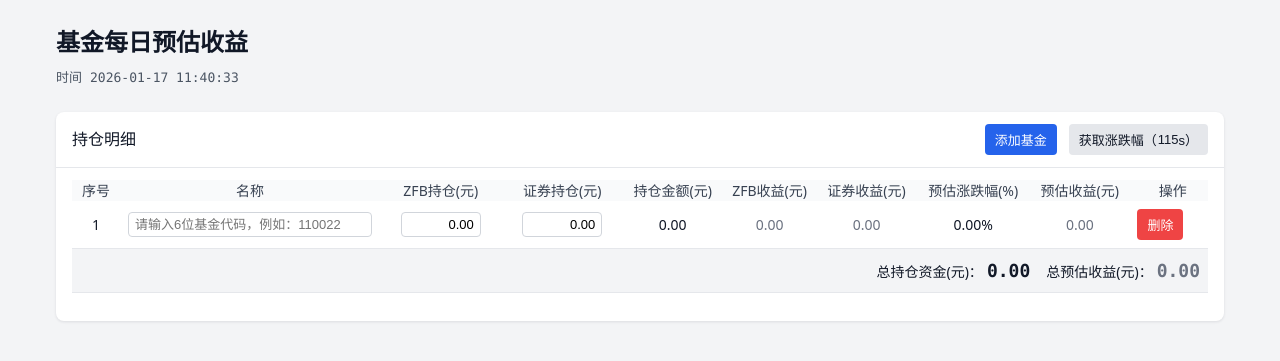
Repository: zt-boom/finance
Page: index.html
These files come from the project's save history. The page is drawn as it stood at one moment and after the next save; the edit follows.
The browser window is 1280 px wide. The pictures show the whole page.

Above is the page before, as saved 2026-01-17 15:00:36.

### index.html
<!DOCTYPE html>
<html lang="zh-CN">
<head>
<meta charset="UTF-8">
<title>基金每日预估收益</title>
<meta name="viewport" content="width=device-width,initial-scale=1">
<link rel="stylesheet" href="./style.css">
</head>
<body>
<div class="app">
<header class="app-header">
<h1>基金每日预估收益</h1>
<div class="date-row">
<span>时间</span>
<span id="current-date"></span>
</div>
</header>
<main class="app-main">
<section class="card">
<div class="card-header">
<h2>持仓明细</h2>
<div class="card-header-actions">
<button id="add-fund-btn" class="primary-button">添加基金</button>
<button id="fetch-percent-btn" class="secondary-button">
获取涨跌幅（<span id="auto-refresh-countdown">120</span>s）
</button>
</div>
</div>
<div class="card-body">
<div class="table-wrapper">
<table class="fund-table">
<thead>
<tr>
<th class="index-col">序号</th>
<th>名称</th>
<th>ZFB持仓(元)</th>
<th>证券持仓(元)</th>
<th>持仓金额(元)</th>
<th>ZFB收益(元)</th>
<th>证券收益(元)</th>
<th>预估涨跌幅(%)</th>
<th>预估收益(元)</th>
<th>操作</th>
</tr>
</thead>
<tbody id="fund-table-body"></tbody>
<tfoot>
<tr class="summary-row">
<td colspan="10">
<div class="summary-items">
<div class="summary-left">
<span>总持仓资金(元)：<strong id="total-amount">0.00</strong></span>
<span>总预估收益(元)：<strong id="total-profit">0.00</strong></span>
</div>
</div>
</td>
</tr>
</tfoot>
</table>
</div>
</div>
</section>
</main>
</div>
<script src="./main.js"></script>
</body>
</html>

### style.css
* {
box-sizing: border-box;
margin: 0;
padding: 0;
}

body {
font-family: system-ui, -apple-system, BlinkMacSystemFont, "Segoe UI", sans-serif;
background-color: #f3f4f6;
color: #111827;
line-height: 1.5;
}

.app {
max-width: 1200px;
margin: 0 auto;
padding: 24px 16px 40px;
}

.app-header {
display: flex;
flex-direction: column;
gap: 8px;
margin-bottom: 24px;
}

.app-header h1 {
font-size: 24px;
font-weight: 600;
color: #111827;
}

.date-row {
display: flex;
gap: 8px;
align-items: center;
font-size: 13px;
color: #4b5563;
}

.date-row span:last-child {
font-family: ui-monospace, SFMono-Regular, Menlo, Monaco, Consolas, "Liberation Mono", "Courier New", monospace;
font-variant-numeric: tabular-nums;
}

.app-main {
display: flex;
flex-direction: column;
gap: 16px;
}

.card {
background-color: #ffffff;
border-radius: 8px;
box-shadow: 0 1px 3px rgba(15, 23, 42, 0.1);
overflow: hidden;
}

.card-header {
display: flex;
justify-content: space-between;
align-items: center;
padding: 12px 16px;
border-bottom: 1px solid #e5e7eb;
}

.card-header h2 {
font-size: 16px;
font-weight: 500;
}

.card-header-actions {
display: flex;
align-items: center;
gap: 12px;
}

.card-body {
padding: 12px 16px 16px;
}

.table-wrapper {
overflow-x: auto;
margin-bottom: 12px;
}

.fund-table {
width: 100%;
border-collapse: collapse;
font-size: 14px;
}

.fund-table td {
border-bottom: 1px solid #e5e7eb;
padding: 8px;
text-align: left;
}

.fund-table th.index-col,
.fund-table td[data-role="row-index"] {
width: 48px;
text-align: center;
}

.fund-table td:nth-child(3),
.fund-table td:nth-child(4),
.fund-table td:nth-child(5),
.fund-table td:nth-child(6),
.fund-table td:nth-child(7),
.fund-table td:nth-child(8),
.fund-table td:nth-child(9) {
text-align: center;
white-space: nowrap;
}

.fund-table thead {
background-color: #f9fafb;
}

.fund-table th {
font-weight: 500;
color: #374151;
text-align: center;
}

.fund-table tbody tr:nth-child(even) {
background-color: #f9fafb;
}

.fund-table input {
width: 100%;
padding: 4px 6px;
font-size: 13px;
border-radius: 4px;
border: 1px solid #d1d5db;
outline: none;
text-align: right;
}

.fund-table input.narrow-number-input {
width: 80px;
margin: 0 auto;
}

.fund-table td:nth-child(2) input {
text-align: left;
}

.fund-table th:nth-child(2),
.fund-table td:nth-child(2) {
width: 260px;
}

.fund-table th:nth-child(10),
.fund-table td:nth-child(10) {
padding-left: 8px;
}

.fund-table input[type="number"]::-webkit-outer-spin-button,
.fund-table input[type="number"]::-webkit-inner-spin-button {
-webkit-appearance: none;
margin: 0;
}

.fund-table input[type="number"] {
-moz-appearance: textfield;
}

.fund-table input:focus {
border-color: #2563eb;
box-shadow: 0 0 0 1px rgba(37, 99, 235, 0.2);
}

.value-positive {
color: #ef4444;
}

.value-negative {
color: #10b981;
}

.value-zero {
color: #6b7280;
}

.summary-row td {
font-weight: 600;
color: #111827;
background-color: #f3f4f6;
}

.summary-items {
display: flex;
flex-wrap: wrap;
gap: 4px 16px;
justify-content: flex-end;
align-items: center;
}

#auto-refresh-countdown {
display: inline-block;
width: 3ch;
text-align: right;
}

.summary-items span {
font-weight: 500;
white-space: nowrap;
}

.summary-left {
display: flex;
flex-wrap: wrap;
gap: 4px 16px;
align-items: center;
}

.summary-items span strong {
font-size: 18px;
margin-left: 4px;
font-family: ui-monospace, SFMono-Regular, Menlo, Monaco, Consolas, "Liberation Mono", "Courier New", monospace;
}

#total-amount {
color: #111827;
}

.primary-button,
.secondary-button,
.danger-button {
border-radius: 4px;
border: none;
cursor: pointer;
font-size: 13px;
padding: 6px 10px;
display: inline-flex;
align-items: center;
justify-content: center;
}

.primary-button {
background-color: #2563eb;
color: #ffffff;
}

.primary-button:hover {
background-color: #1d4ed8;
}

.secondary-button {
background-color: #e5e7eb;
color: #111827;
}

.secondary-button:hover {
background-color: #d1d5db;
}

.danger-button {
background-color: #ef4444;
color: #ffffff;
}

.danger-button:hover {
background-color: #dc2626;
}

.actions-row {
display: none;
}

.instructions {
font-size: 13px;
color: #4b5563;
}

.instructions ol {
padding-left: 18px;
display: flex;
flex-direction: column;
gap: 4px;
}

@media (max-width: 640px) {
.app {
padding-inline: 12px;
}
.card-header {
flex-direction: column;
gap: 8px;
align-items: flex-start;
}
}

### main.js
const STORAGE_KEY = "fund_holdings_v1";

function formatCurrency(value) {
if (Number.isNaN(value)) return "0.00";
return value.toFixed(2);
}

function formatNumber(value) {
if (Number.isNaN(value)) return "";
return value.toFixed(2);
}

function getTodayDateString() {
const now = new Date();
const year = String(now.getFullYear());
const month = String(now.getMonth() + 1).padStart(2, "0");
const day = String(now.getDate()).padStart(2, "0");
const hours = String(now.getHours()).padStart(2, "0");
const minutes = String(now.getMinutes()).padStart(2, "0");
const seconds = String(now.getSeconds()).padStart(2, "0");
return `${year}-${month}-${day} ${hours}:${minutes}:${seconds}`;
}

const fundJsonpRequests = [];

function ensureJsonpHandler() {
if (window._fundJsonpInitialized) {
return;
}
window._fundJsonpInitialized = true;
window.jsonpgz = function (data) {
if (!data || !data.fundcode) {
return;
}
const code = data.fundcode;
while (true) {
let index = -1;
for (let i = 0; i < fundJsonpRequests.length; i += 1) {
if (fundJsonpRequests[i].code === code) {
index = i;
break;
}
}
if (index === -1) {
break;
}
const request = fundJsonpRequests.splice(index, 1)[0];
try {
const value = request.transform ? request.transform(data) : data;
request.resolve(value);
} catch (e) {
if (request.reject) {
if (e instanceof Error) {
request.reject(e);
} else {
request.reject(new Error("解析基金数据失败"));
}
}
}
}
};
}

function fetchFundEstimate(code) {
return new Promise((resolve, reject) => {
if (!code) {
reject(new Error("缺少基金代码"));
return;
}
ensureJsonpHandler();
fundJsonpRequests.push({
code,
resolve,
reject,
transform: data => {
const percent = parseFloat(data.gszzl);
if (Number.isNaN(percent)) {
throw new Error("无效的涨跌幅数据");
}
return percent;
}
});
const script = document.createElement("script");
script.src = `https://fundgz.1234567.com.cn/js/${code}.js?rt=${Date.now()}`;
script.onerror = () => {
for (let i = 0; i < fundJsonpRequests.length; i += 1) {
if (fundJsonpRequests[i].code === code) {
const request = fundJsonpRequests.splice(i, 1)[0];
request.reject(new Error("获取基金数据失败"));
break;
}
}
};
document.body.appendChild(script);
});
}

function fetchFundInfo(code) {
return new Promise((resolve, reject) => {
if (!code) {
reject(new Error("缺少基金代码"));
return;
}
ensureJsonpHandler();
fundJsonpRequests.push({
code,
resolve,
reject,
transform: data => data
});
const script = document.createElement("script");
script.src = `https://fundgz.1234567.com.cn/js/${code}.js?rt=${Date.now()}`;
script.onerror = () => {
for (let i = 0; i < fundJsonpRequests.length; i += 1) {
if (fundJsonpRequests[i].code === code) {
const request = fundJsonpRequests.splice(i, 1)[0];
request.reject(new Error("获取基金数据失败"));
break;
}
}
};
document.body.appendChild(script);
});
}

function parseFundCodeFromName(name) {
if (!name) return null;
const match = name.match(/(\d{6})/);
if (!match) {
return null;
}
return match[1];
}

function loadHoldingsFromStorage() {
try {
const raw = window.localStorage.getItem(STORAGE_KEY);
if (!raw) return [];
const parsed = JSON.parse(raw);
if (!Array.isArray(parsed)) return [];
return parsed;
} catch (e) {
return [];
}
}

function saveHoldingsToStorage(holdings) {
try {
const serialized = JSON.stringify(holdings);
window.localStorage.setItem(STORAGE_KEY, serialized);
} catch (e) {
}
}

function createTableRow(fund) {
const tr = document.createElement("tr");
const indexTd = document.createElement("td");
const nameTd = document.createElement("td");
const zfbAmountTd = document.createElement("td");
const stockAmountTd = document.createElement("td");
const amountTd = document.createElement("td");
const zfbProfitTd = document.createElement("td");
const stockProfitTd = document.createElement("td");
const percentTd = document.createElement("td");
const profitTd = document.createElement("td");
const actionsTd = document.createElement("td");
const nameInput = document.createElement("input");
nameInput.type = "text";
nameInput.value = fund.name || "";
nameInput.placeholder = "请输入6位基金代码，例如：110022";
nameInput.addEventListener("change", handleStorageUpdate);
nameInput.addEventListener("keydown", event => {
if (event.key === "Enter") {
event.preventDefault();
const raw = nameInput.value.trim();
const code = parseFundCodeFromName(raw);
if (!code) {
window.alert("请先输入6位基金代码");
return;
}
const rows = document.querySelectorAll('tr[data-role="fund-row"]');
let duplicate = false;
rows.forEach(row => {
const inputs = row.querySelectorAll("input");
const otherNameInput = inputs[0];
if (!otherNameInput || otherNameInput === nameInput) {
return;
}
const otherCode = parseFundCodeFromName(otherNameInput.value.trim());
if (otherCode && otherCode === code) {
duplicate = true;
}
});
if (duplicate) {
window.alert("该基金代码已存在，请不要重复添加");
return;
}
nameInput.disabled = true;
fetchFundInfo(code).then(data => {
nameInput.disabled = false;
if (!data || !data.name) {
window.alert("未能获取基金名称，请检查基金代码");
return;
}
nameInput.value = `${code}  ${data.name}`;
handleStorageUpdate();
}).catch(() => {
nameInput.disabled = false;
window.alert("未能获取基金名称，请检查基金代码或网络连接");
});
}
});
const zfbInput = document.createElement("input");
zfbInput.type = "number";
zfbInput.step = "0.01";
zfbInput.min = "0";
zfbInput.value = fund.zfbAmount != null ? formatCurrency(Number(fund.zfbAmount)) : "0.00";
zfbInput.addEventListener("blur", () => {
const value = parseFloat(zfbInput.value);
const normalized = Number.isNaN(value) ? 0 : value;
zfbInput.value = formatCurrency(normalized);
});
zfbInput.addEventListener("input", () => {
calculateProfit();
});
zfbInput.addEventListener("change", () => {
handleStorageUpdate();
calculateProfit();
});
zfbInput.className = "narrow-number-input";
const stockInput = document.createElement("input");
stockInput.type = "number";
stockInput.step = "0.01";
stockInput.min = "0";
stockInput.value = fund.stockAmount != null ? formatCurrency(Number(fund.stockAmount)) : "0.00";
stockInput.addEventListener("blur", () => {
const value = parseFloat(stockInput.value);
const normalized = Number.isNaN(value) ? 0 : value;
stockInput.value = formatCurrency(normalized);
});
stockInput.addEventListener("input", () => {
calculateProfit();
});
stockInput.addEventListener("change", () => {
handleStorageUpdate();
calculateProfit();
});
stockInput.className = "narrow-number-input";
const amountSpan = document.createElement("span");
amountSpan.dataset.role = "amount-display";
amountSpan.textContent = "0.00";
const zfbProfitSpan = document.createElement("span");
zfbProfitSpan.textContent = "0.00";
const stockProfitSpan = document.createElement("span");
stockProfitSpan.textContent = "0.00";
const percentSpan = document.createElement("span");
percentSpan.textContent = "0.00%";
const profitSpan = document.createElement("span");
profitSpan.textContent = "0.00";
const deleteButton = document.createElement("button");
deleteButton.textContent = "删除";
deleteButton.className = "danger-button";
deleteButton.addEventListener("click", () => {
const inputs = tr.querySelectorAll("input");
const nameValue = inputs[0] ? inputs[0].value.trim() : "";
const zfbValue = inputs[1] ? inputs[1].value.trim() : "";
const stockValue = inputs[2] ? inputs[2].value.trim() : "";
const isEmptyRow = !nameValue && !zfbValue && !stockValue;
if (!isEmptyRow) {
const confirmed = window.confirm("确定要删除这条持仓记录吗？");
if (!confirmed) {
return;
}
}
tr.remove();
handleStorageUpdate();
calculateProfit();
updateRowIndices();
});
indexTd.dataset.role = "row-index";
zfbProfitTd.dataset.role = "zfb-profit-cell";
stockProfitTd.dataset.role = "stock-profit-cell";
percentTd.dataset.role = "percent-cell";
profitTd.dataset.role = "profit-cell";
nameTd.appendChild(nameInput);
zfbAmountTd.appendChild(zfbInput);
stockAmountTd.appendChild(stockInput);
amountTd.appendChild(amountSpan);
zfbProfitTd.appendChild(zfbProfitSpan);
stockProfitTd.appendChild(stockProfitSpan);
percentTd.appendChild(percentSpan);
profitTd.appendChild(profitSpan);
actionsTd.appendChild(deleteButton);
tr.appendChild(indexTd);
tr.appendChild(nameTd);
tr.appendChild(zfbAmountTd);
tr.appendChild(stockAmountTd);
tr.appendChild(amountTd);
tr.appendChild(zfbProfitTd);
tr.appendChild(stockProfitTd);
tr.appendChild(percentTd);
tr.appendChild(profitTd);
tr.appendChild(actionsTd);
tr.dataset.role = "fund-row";
return tr;
}

function readHoldingsFromTable() {
const rows = document.querySelectorAll('tr[data-role="fund-row"]');
const holdings = [];
rows.forEach(row => {
const inputs = row.querySelectorAll("input");
const nameInput = inputs[0];
const zfbInput = inputs[1];
const stockInput = inputs[2];
const name = nameInput.value.trim();
const zfbAmount = parseFloat(zfbInput.value);
const stockAmount = parseFloat(stockInput.value);
const hasZfb = !Number.isNaN(zfbAmount) && zfbAmount > 0;
const hasStock = !Number.isNaN(stockAmount) && stockAmount > 0;
if (!name && !hasZfb && !hasStock) {
return;
}
holdings.push({
name,
zfbAmount: hasZfb ? zfbAmount : 0,
stockAmount: hasStock ? stockAmount : 0
});
});
return holdings;
}

function handleStorageUpdate() {
const holdings = readHoldingsFromTable();
saveHoldingsToStorage(holdings);
}

function populateTableFromStorage() {
const tbody = document.getElementById("fund-table-body");
tbody.innerHTML = "";
const holdings = loadHoldingsFromStorage();
if (holdings.length === 0) {
const row = createTableRow({ name: "", zfbAmount: null, stockAmount: null });
tbody.appendChild(row);
updateRowIndices();
calculateProfit();
return;
}
holdings.forEach(fund => {
const row = createTableRow({
name: fund.name || "",
zfbAmount: fund.zfbAmount != null ? fund.zfbAmount : null,
stockAmount: fund.stockAmount != null ? fund.stockAmount : null
});
tbody.appendChild(row);
});
updateRowIndices();
calculateProfit();
}

function calculateProfit() {
const rows = document.querySelectorAll('tr[data-role="fund-row"]');
let totalProfit = 0;
let totalHoldingAmount = 0;
rows.forEach(row => {
const inputs = row.querySelectorAll("input");
const zfbInput = inputs[1];
const stockInput = inputs[2];
const amountSpan = row.querySelector('span[data-role="amount-display"]');
const percentCell = row.querySelector('td[data-role="percent-cell"] span');
const profitCell = row.querySelector('td[data-role="profit-cell"] span');
const zfbProfitCell = row.querySelector('td[data-role="zfb-profit-cell"] span');
const stockProfitCell = row.querySelector('td[data-role="stock-profit-cell"] span');
const zfbAmount = zfbInput ? parseFloat(zfbInput.value) : NaN;
const stockAmount = stockInput ? parseFloat(stockInput.value) : NaN;
const normalizedZfb = Number.isNaN(zfbAmount) ? 0 : zfbAmount;
const normalizedStock = Number.isNaN(stockAmount) ? 0 : stockAmount;
const amount = normalizedZfb + normalizedStock;
const percent = percentCell ? parseFloat(percentCell.textContent) : NaN;
if (amountSpan) {
amountSpan.textContent = formatCurrency(amount);
}
if (amount > 0) {
totalHoldingAmount += amount;
}
if (amount <= 0 || Number.isNaN(percent)) {
if (zfbProfitCell) {
zfbProfitCell.textContent = "0.00";
applyProfitColor(zfbProfitCell, 0);
}
if (stockProfitCell) {
stockProfitCell.textContent = "0.00";
applyProfitColor(stockProfitCell, 0);
}
if (profitCell) {
profitCell.textContent = "0.00";
applyProfitColor(profitCell, 0);
}
return;
}
const zfbProfit = normalizedZfb * percent / 100;
const stockProfit = normalizedStock * percent / 100;
const profit = zfbProfit + stockProfit;
totalProfit += profit;
if (zfbProfitCell) {
zfbProfitCell.textContent = formatCurrency(zfbProfit);
applyProfitColor(zfbProfitCell, zfbProfit);
}
if (stockProfitCell) {
stockProfitCell.textContent = formatCurrency(stockProfit);
applyProfitColor(stockProfitCell, stockProfit);
}
if (profitCell) {
profitCell.textContent = formatCurrency(profit);
applyProfitColor(profitCell, profit);
}
});
const totalAmountElement = document.getElementById("total-amount");
if (totalAmountElement) {
totalAmountElement.textContent = formatCurrency(totalHoldingAmount);
}
const totalProfitElement = document.getElementById("total-profit");
totalProfitElement.textContent = formatCurrency(totalProfit);
applyProfitColor(totalProfitElement, totalProfit);
}

function autoFetchPercentages(options) {
const useButton = !options || options.useButton !== false;
const showAlert = !options || options.showAlert !== false;
const rows = document.querySelectorAll('tr[data-role="fund-row"]');
const promises = [];
rows.forEach(row => {
const inputs = row.querySelectorAll("input");
const nameInput = inputs[0];
const name = nameInput ? nameInput.value.trim() : "";
const code = parseFundCodeFromName(name);
if (!code) {
return;
}
const percentCell = row.querySelector('td[data-role="percent-cell"] span');
if (!percentCell) {
return;
}
const promise = fetchFundEstimate(code).then(percent => {
const value = formatNumber(percent);
percentCell.textContent = `${value}%`;
return true;
}).catch(() => false);
promises.push(promise);
});
if (promises.length === 0) {
if (showAlert) {
window.alert("请先在名称中输入包含6位基金代码的内容");
}
return;
}
const fetchButton = useButton ? document.getElementById("fetch-percent-btn") : null;
if (fetchButton) {
fetchButton.disabled = true;
}
Promise.all(promises).then(results => {
const successCount = results.filter(Boolean).length;
if (fetchButton) {
fetchButton.disabled = false;
}
if (successCount === 0) {
if (showAlert) {
window.alert("未能获取任何基金的预估涨跌幅，请检查基金代码或网络连接");
}
return;
}
calculateProfit();
});
}

function applyProfitColor(element, value) {
if (!element) {
return;
}
element.classList.remove("value-positive", "value-negative", "value-zero");
if (Number.isNaN(value)) {
return;
}
if (value > 0) {
element.classList.add("value-positive");
} else if (value < 0) {
element.classList.add("value-negative");
} else {
element.classList.add("value-zero");
}
}

function initApp() {
const dateElement = document.getElementById("current-date");
if (dateElement) {
dateElement.textContent = getTodayDateString();
}
populateTableFromStorage();
const addFundButton = document.getElementById("add-fund-btn");
const fetchPercentButton = document.getElementById("fetch-percent-btn");
const countdownElement = document.getElementById("auto-refresh-countdown");
const autoRefreshSeconds = 120;
let remainingSeconds = autoRefreshSeconds;
function updateCountdown() {
if (countdownElement) {
countdownElement.textContent = String(remainingSeconds);
}
}
function resetCountdown() {
remainingSeconds = autoRefreshSeconds;
updateCountdown();
}
updateCountdown();
if (addFundButton) {
addFundButton.addEventListener("click", () => {
const tbody = document.getElementById("fund-table-body");
const row = createTableRow({ name: "", amount: null });
tbody.appendChild(row);
updateRowIndices();
});
}
if (fetchPercentButton) {
fetchPercentButton.addEventListener("click", () => {
autoFetchPercentages({ useButton: true, showAlert: true });
resetCountdown();
});
}
if (dateElement) {
setInterval(() => {
dateElement.textContent = getTodayDateString();
}, 1000);
}
setInterval(() => {
remainingSeconds -= 1;
if (remainingSeconds <= 0) {
autoFetchPercentages({ useButton: false, showAlert: false });
remainingSeconds = autoRefreshSeconds;
}
updateCountdown();
}, 1000);
}

function updateRowIndices() {
const rows = document.querySelectorAll('tr[data-role="fund-row"]');
rows.forEach((row, index) => {
const indexCell = row.querySelector('td[data-role="row-index"]');
if (indexCell) {
indexCell.textContent = String(index + 1);
}
});
}

if (document.readyState === "loading") {
document.addEventListener("DOMContentLoaded", initApp);
} else {
initApp();
}

After the next save:
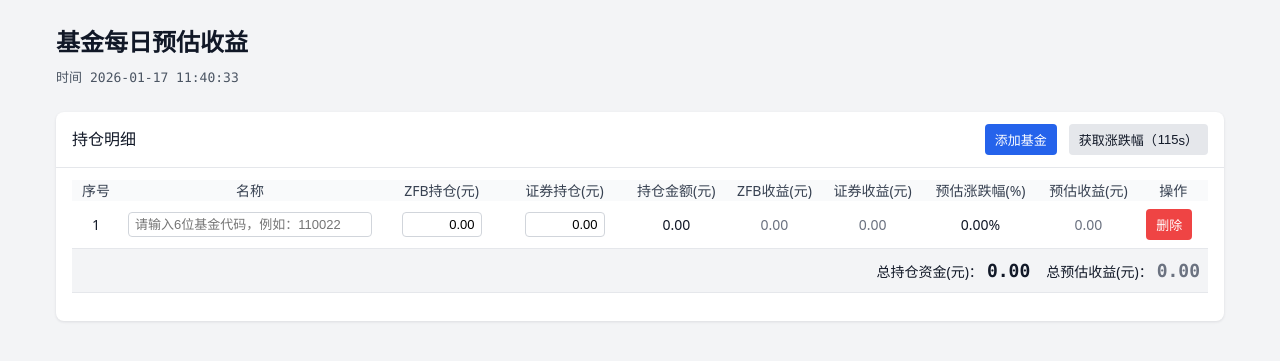
Saved 114 s later.
--- a/style.css
+++ b/style.css
@@ -153,7 +153,8 @@ width: 260px;
 
 .fund-table th:nth-child(10),
 .fund-table td:nth-child(10) {
-padding-left: 8px;
+padding-left: 0;
+text-align: center;
 }
 
 .fund-table input[type="number"]::-webkit-outer-spin-button,
